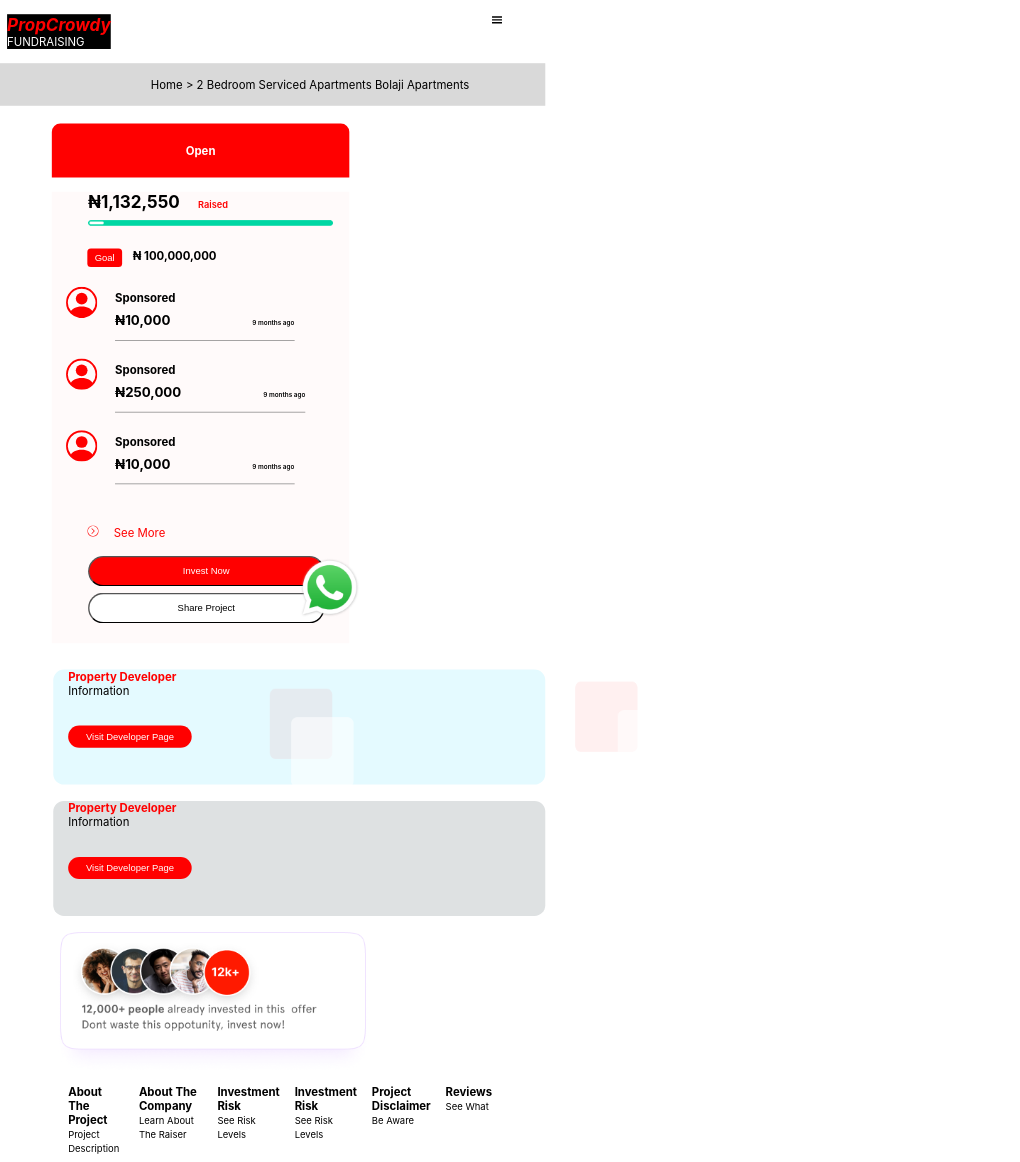
Repository: uh-sman/Popcrowdy
Page: /
These files come from the project's save history. The page is drawn as it stood at one moment and after the next save; the edit follows.
The browser window is 768 px wide. The page is 958 px wide, then 1437 px, so the pictures cover 1437 px, including what lies to the right of the window. The pictures show the whole page, at 71% of full size.
The project was rebuilt for these pictures with package versions that can differ from the ones it lists, and the page was loaded fresh each time. Also part of the build but not shown: src/components/Section/carousel.css, src/components/Section/Carousel.js.

Above is the page before, as saved 2022-11-15 06:26:47.

After the next save:
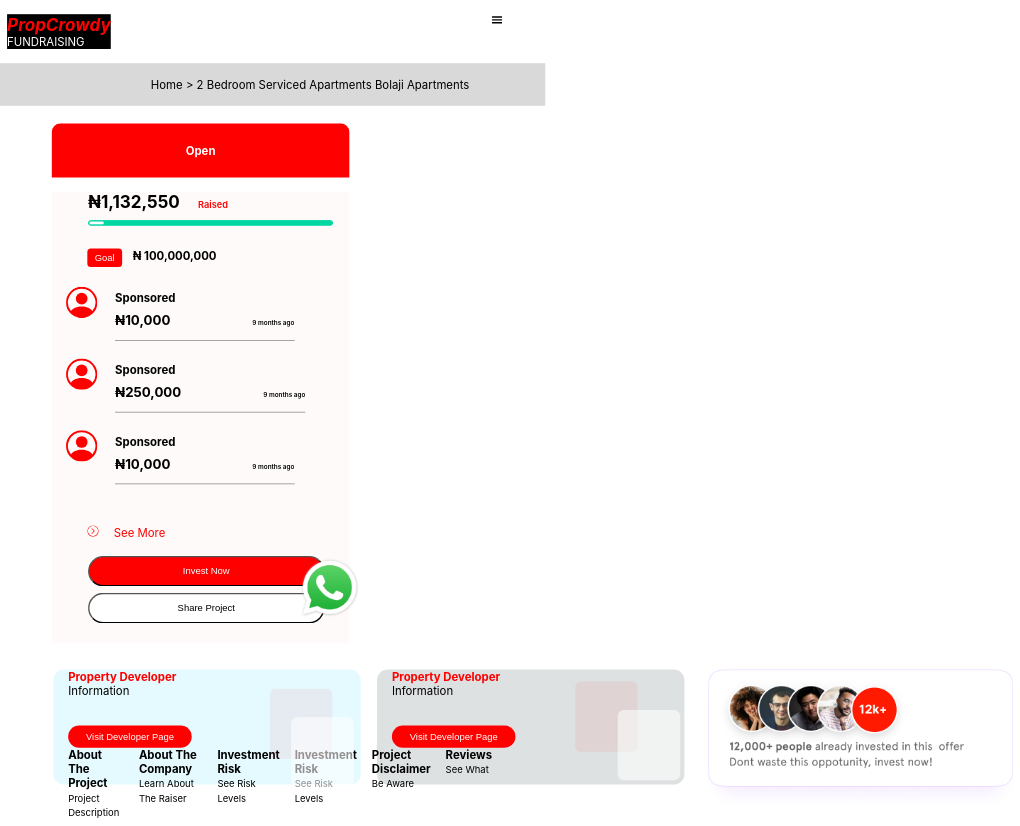
Saved 4 min 16 s later.
--- a/src/components/Section/subcard.css
+++ b/src/components/Section/subcard.css
@@ -58,7 +58,7 @@
 }
 @media only screen and (min-width: 200px) and (max-width: 950px) {
   .subcard {
-    flex-direction: column;
+    /* flex-direction: column; */
   }
   .box {
     /* width: fit-content; */
@@ -67,12 +67,15 @@
 }
 @media only screen and (max-width: 1550px) {
   .group {
-    display: list-item;
+    display: block;
   }
 }
 .subcard {
-  display: flex;
-  gap: 23px;
+  /* display: flex; */
+  display: grid;
+  grid-template-columns: 1fr 1fr 1fr;
+  grid-template-rows: 100px;
+  grid-gap: 23px;
   margin-left: 75px;
   margin-top: 37px;
 }
